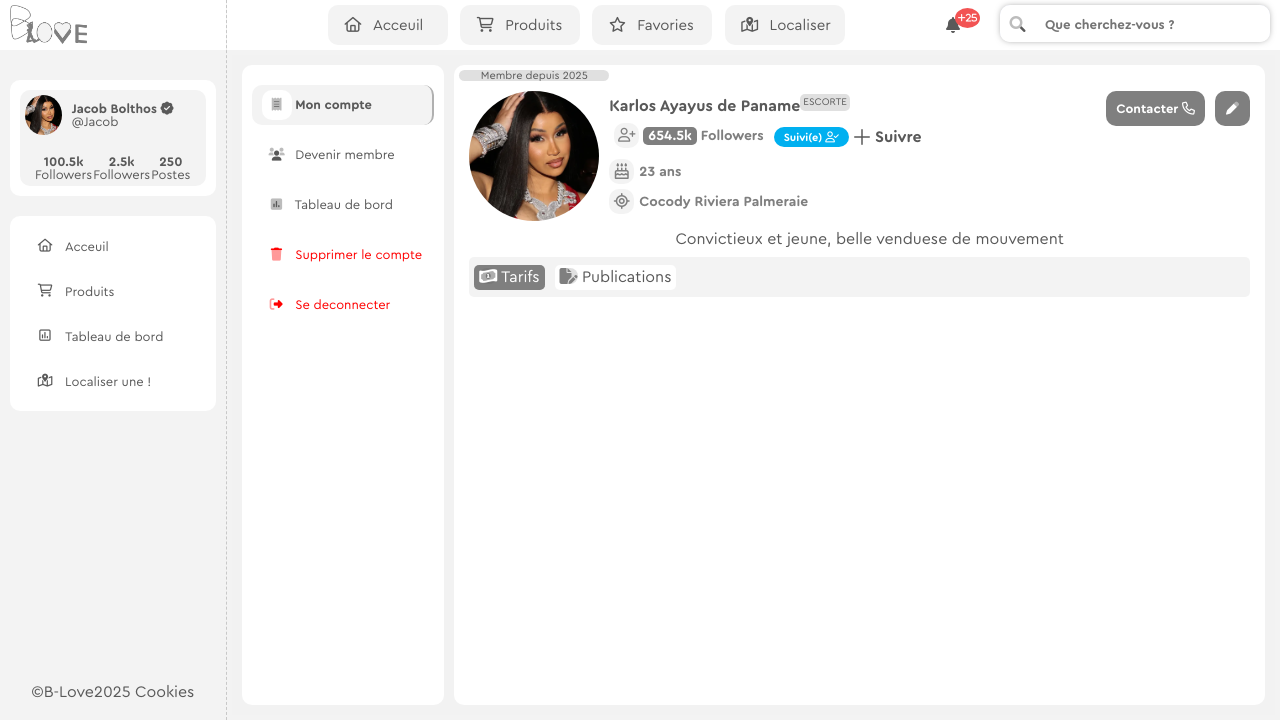
Repository: moomoony-log/b-love
Page: /home/client/compte
These files come from the project's save history. The page is drawn as it stood at one moment and after the next save; the edit follows.
The browser window is 1280 px wide. The pictures show the whole page.
Pictures or frames that could not be fetched are drawn as grey boxes. The project was rebuilt for these pictures with package versions that can differ from the ones it lists, and the page was loaded fresh each time. Also part of the build but not shown: vite.config.ts, src/rules/legacy.tsx, src/rules/privacy.tsx, src/view/auth.tsx, src/view/main/acceuil.tsx, src/view/main/dashbord.tsx, src/view/main/becomeToMember.tsx, src/view/main/product.tsx.

Above is the page before, as saved 2025-10-03 14:06:16.

### index.html
<!--
        ?????????         ?????????        ???????????????????
        ????? ?????     ????? ?????      ??????????   ??????????
        ?????  ?????   ?????  ?????    ????????         ????????
        ?????   ????? ?????   ?????    ??????            ????????
        ?????    ?????????    ?????    ??????            ????????
        ?????      ?????      ?????    ???????          ????????
        ?????                 ?????     ?????????      ????????
        ?????                 ?????        ???????????????????
        ?????                 ?????         ????????????????

    TRAVAIL JUSQU'A CE QU'ON DISE QUE TU ES FRANC-MAÇON
    TRAVAIL JUSQU'A CE QU'ON DISE QUE TU ES FRANC-MAÇON
    TRAVAIL JUSQU'A CE QU'ON DISE QUE TU ES FRANC-MAÇON
-->
<!doctype html>
<html lang="en">
  <head>
    <meta charset="UTF-8">
    <meta name="viewport" content="width=device-width, initial-scale=1.0">
    <meta http-equiv="X-UA-Compatible" content="IE=edge">
    <!-- Inbuilt -->
    <link rel="shortcut icon" href="./img/logoloveb.png" type="image/x-icon">
    <!-- <link rel="stylesheet" href="./vendor/font-awesome-pro/css/all.css">  -->
    <!-- <link rel="stylesheet" href="./css/app.css">  -->
    <title>B!love</title>
  </head>
  <body id="index">
    <div id="main-container"></div>
    <script type="module" src="/src/main.tsx"></script>
  </body>
</html>

### src/main.tsx
import { StrictMode } from 'react'
import { createRoot } from 'react-dom/client'
import App from './app'

createRoot(document.getElementById('main-container')!).render(
  <StrictMode>
    <App />
  </StrictMode>
)

### src/app.tsx

import { createBrowserRouter, RouterProvider } from "react-router-dom";
import Legacy from "./rules/legacy";
import Privacy from "./rules/privacy";
import Main from "./view/main/main";
import Auth from "./view/auth";
import Acceuil from "./view/main/acceuil";
import Dashbord from "./view/main/dashbord";
import "../public/css/app.css"
import "../public/vendor/font-awesome-pro/css/all.css"
import InfoAccount from "./view/main/info-account";
import Account from "./view/main/account";
import BecomeToMember from "./view/main/becomeToMember";
import Product from "./view/main/product";

// import Auth from "./view/auth";

const router =  createBrowserRouter([
	{
		path:'/',
		element:<Auth/>
	},
	{
		path:'/legacy',
		element:<Legacy/>
	},
	{
		path:'/privacy',
		element:<Privacy/>
	},
	{
		path:'/home',
		element:<Main/>,
		children:[
			{
				path:'acceuil',
				element: <Acceuil/>
			},
			{
				path:'dashbord',
				element: <Dashbord/>,
			},
			{
				path: 'product',
				element: <Product/>
			},
			{
				path:'check',
				element: <div>Localisation</div>
			},
			{
				path:'client',
				element: <InfoAccount/>,
				children: [
					{
						path:'compte',
						element: <Account/>
					},
					{
						path:'devenir_membre',
						element: <BecomeToMember/>
					},

				]
			}

		]
	}
])

// --> POINT D'ENTREE DANS L'APP(INDEX --> AUTH)
function App() {
	return <RouterProvider router={router}/>
}

export default App

### src/view/main/info-account.tsx
import { Outlet, useLocation, useNavigate } from "react-router-dom"

//  --> Info Account Component
const InfoAccount = () => {
const navigate = useNavigate()
const location = useLocation()
    return (
        <>
        <div className="cont-account-controler">
            <div className="content-home-btn" data-parent="bar-right">
                <button type="button" className="ui-btn" name=""   data-border {...(location.pathname === '/home/client/compte' ? {'data-active': ''} : {})} onClick={()=> navigate("/home/client/compte")}><i className="fa-duotone fa-solid fa-receipt"></i> <span>Mon compte</span></button>
                <button type="button" className="ui-btn" name=""   data-border {...(location.pathname === '/home/client/devenir_membre' ? {'data-active': ''} : {})} onClick={()=> navigate("/home/client/devenir_membre")} > <i className="fa-duotone fa-users"></i> <span>Devenir membre</span></button>
                <button type="button" className="ui-btn" name=""   data-border> <i className="fa-duotone fa-square-poll-vertical"></i> <span>Tableau de bord</span></button>
                <button type="button" className="ui-btn" name=""  color="red" data-border ><i className="fa-duotone fa-solid fa-trash"></i> <span>Supprimer le compte</span></button>
                <button type="button" className="ui-btn" name=""  color="red" data-border ><i className="fa-duotone fa-solid fa-right-from-bracket"></i> <span>Se deconnecter</span></button>
            </div>
        </div>
        <Outlet/>
        </>
    )
}

export default InfoAccount

### src/view/main/account.tsx
import Button from "../../components/basic/button"

const Account = () => {
    return (
        <>
        <div className="cont-apropos-account cool-scroll-bar" date-member="Membre depuis 2025">
            <div>
                <div className="head-apropos-account">
                    <div className="identification">
                        <div className="cont-account-img" data-name="info-account"><img src="../../img/cardi_b.webp" alt="account-image"/></div>
                        <div className="name">
                            <span className="title-name">Karlos Ayayus de Paname</span>
                            <div className="followers">
                                <div className="item-info">
                                <span className="cont-nb-follo" data-pc><i className="fa-regular fa-user-plus"></i> <span className="size-follower">654.5k</span> Followers</span>
                                <span className="cont-nb-follo" data-mobile><i className="fa-regular fa-user-plus"></i> <span className="size-follower">654.5k</span></span>
                            </div>
                                <Button children={false} to={false} type="button" small="small-2" color="blue"  name="Suivi(e)" icon="fa-regular fa-user-check"/>
                                <i className="fa-regular fa-plus-large"></i>Suivre
                            </div>
                            <div className="item-info">
                                <i className="fa-regular fa-cake-candles"></i>
                                <span>23 ans</span>
                            </div>
                            <div className="item-info">
                                <i className="fa-regular fa-location"></i>
                                <span>Cocody Riviera Palmeraie </span>
                            </div>
                        </div>
                    </div>
                    <div className="content-home-btn">
                        <Button children={false} to={false} type="button" small="small-3" color="gray"  name="Contacter" icon="fa-regular fa-phone"/>
                        <Button children={false} to={false} type="button" small="small-3" color="gray" icon="fa-duotone fa-pen"/>
                    </div>
                </div>
                <div className="infos-personnels" data-name="bio">
                    <span>Convictieux et jeune, belle venduese de mouvement</span>
                </div>
                <div className="remaining">
                    <div className="section-controls">
                        <span className="info-title" data-active><i className="fa-duotone fa-money-bill-1-wave"></i> Tarifs</span>
                        <span className="info-title"><i className="fa-solid fa-file-pen"></i> Publications</span>
                    </div>
                    <div className="section-list">
                        <div className="infos-personnels" data-name="tarif" data-_active>
                            <div className="tarifs">
                                <div className="item-info">
                                    <div className="services">
                                        <i className="fa-solid fa-bed-front"></i>
                                        <span>Session courte</span>
                                    </div>
                                    <div className="plus">
                                        <span><i className="fa-regular fa-badge-check"></i> 1 Coup ou 2 Coups</span>
                                        <span><i className="fa-regular fa-badge-check"></i> Pipe</span>
                                        <span><i className="fa-regular fa-badge-check"></i> Reception ou déplacement</span>
                                        <span><i className="fa-regular fa-badge-check"></i> Proprété garantie</span>
                                    </div>
                                    <span>365 000 F</span>
                                </div>

                                <div className="item-info">
                                    <div className="services">
                                        <i className="fa-solid fa-calendar-week"></i>
                                        <span>Weekend</span>
                                    </div>
                                    <div className="plus">
                                        <span><i className="fa-regular fa-badge-check"></i> Durée : 24H ou 48H</span>
                                        <span><i className="fa-regular fa-badge-check"></i> Massage érotique</span>
                                        <span><i className="fa-regular fa-badge-check"></i> Compagnie & Sortie</span>
                                        <span><i className="fa-regular fa-badge-check"></i> Reception ou déplacement</span>
                                        <span><i className="fa-regular fa-badge-check"></i> Sexe intence</span>
                                    </div>
                                    <span>365 000 F</span>
                                </div>
                                <div className="item-info" >
                                    <div className="services">
                                        <i className="fa-solid fa-bed-pulse"></i>
                                        <span>Dormant</span>
                                    </div>
                                    <div className="plus">
                                        <span><i className="fa-regular fa-badge-check"></i> Durée : 12H</span>
                                        <span><i className="fa-regular fa-badge-check"></i> Nuit intence</span>
                                        <span><i className="fa-regular fa-badge-check"></i> Reception ou déplacement</span>
                                    </div>
                                    <span>365 000 F</span>
                                </div>
                            </div>
                        </div>
                        <div className="infos-personnels" data-name="pub" data-_active>
                            <div className="container-my-pub">
                                <div className="item-pub" data-vue="10M">
                                    <img src="../img/cardi_b.webp" alt="account-image"/>
                                </div>
                                <div className="item-pub" data-vue="1.2M">
                                    <img src="../img/cardi_b.webp" alt="account-image"/>
                                </div>
                                <div className="item-pub" data-vue="18k">
                                    <img src="../img/cardi_b.webp" alt="account-image"/>
                                </div>
                                <div className="item-pub" data-vue="6.5K">
                                    <img src="../img/cardi_b.webp" alt="account-image"/>
                                </div>
                                <div className="item-pub" data-vue="655">
                                    <img src="../img/cardi_b.webp" alt="account-image"/>
                                </div>
                                <div className="item-pub" data-vue="352">
                                    <img src="../img/cardi_b.webp" alt="account-image"/>
                                </div>
                                <div className="item-pub" data-vue="145">
                                    <img src="../img/cardi_b.webp" alt="account-image"/>
                                </div>
                                <div className="item-pub" data-vue="1k">
                                    <img src="../img/cardi_b.webp" alt="account-image"/>
                                </div>
                                <div className="item-pub"data-vue="650k" >
                                    <img src="../img/cardi_b.webp" alt="account-image"/>
                                </div>
                                <div className="item-pub" data-vue="250k">
                                    <img src="../img/cardi_b.webp" alt="account-image"/>
                                </div>
                                <div className="item-pub" data-vue="65">
                                    <video src="../videos/Standard_Mode_Le_b_b__sirote_son_champagne_en_.mp4" ></video>
                                </div>
                            </div>
                        </div>
                    </div>
                </div>
            </div>
        </div>
        </>
    )
}

export default Account

### src/components/basic/button.tsx
// --> BUTTON COMPONENTS

import { forwardRef } from "react"
import { NavLink, useLocation } from "react-router-dom";

interface buttonProps {
    type: 'submit' | 'button',
    name?: string,
    icon?:string,
    color?: string,
    outline?: string,
    small?: 'small' | 'small-1' | 'small-2' | 'small-3',
    navigate?: string,
    children: boolean,
    border?: boolean,
    to: string | false,
    inner?:string,
    disable?:boolean,
    onclick?: () => unknown
}

const Button = forwardRef<HTMLButtonElement, buttonProps>(
  ({ name, icon, color, outline, small, navigate, inner, disable, children,border, to, onclick }, ref) => {
    const location = useLocation()
    return (
      <button
        ref={ref}
        type="button"
        className="ui-btn"
        name={name}
        color={color}
        {...(outline ? { "data-outline": "" } : {})}
        {...(disable ? { disabled: true } : {})}
        {...(navigate ? { "data-navigate": "" } : {})}
        {...(inner ? { "data-inner": "" } : {})}
        {...(small ? { "data-size" : small} : {})}
        {...(border ? { "data-border": "" } : {})}
        {...(to && location.pathname === to ? { "data-active": "" } : {})}
        onClick={onclick}
      >
        { (!children && !to ) && name } { icon && (!children && !to ) && <i className={icon}></i> }

        { (children && to) && <NavLink to={to}>  <i className={icon}></i>  {name} </NavLink> }

      </button>
    );
  }
);

export default Button

### public/css/config/config.css
/* Style global de configuration */

/* Police d'ecriture */
/* Cera */
@font-face{
    font-family: 'Cera';
    src: url('../../font/cera-round-pro/CeraRoundPro-Bold.otf');
    font-weight: bold;
}
@font-face {
    font-family: 'Cera';
    src: url('../../font/cera-round-pro/CeraRoundPro-Regular.otf');
    font-weight: normal;
}

/* body{
    display: flex !important;
    padding: 5px;
    height: 100%;
    width: 100%;
    position: absolute;
    top: 0;
    left: 0;
    overflow: hidden;
} */
body *{
    box-sizing: border-box;
    font-family: 'Cera', sans-serif;
    font-weight: bold;
}

button:focus, input:focus, textarea:focus, select:focus {
    outline: none;
}

button {
    cursor: pointer;
    border: none;
}

h1, h2, h3, h4, h5, p {
    color: inherit;
    margin: 0;
    padding: 0;
    text-decoration: inherit;
}

img{
    height: inherit;
    max-width: 100%;
}

### public/css/component/components.css
 /* Imporation des dependances */
 @import url('input.css');
 @import url('button.css');
 @import url('img.css');
 @import url('notification.css');
 @import url('loader.css');
 @import url('table.css');
 @import url('./modals/modal.css');

 @keyframes text{
    0%{
        transform: translateX(100%);
    }
    100%{
        transform: translateX(-100%);
    }
 }

### public/css/views.css
/* --> Css relative à toutes les vues communes  */
@import url('views/auth.css');
@import url('views/legacy.css');
@import url('views/privacy.css');

### public/css/animation.css
@keyframes reotateInner {
    from {
       transform: rotate(0);
    }
    to{
       transform: rotate(180deg);
    }
 }
 @keyframes Online {
    0%, 100% {
       transform: scale(1.5);
       opacity: 1;

    }
    50% {
       transform: scale(0.5);
       /* opacity: 0.5; */
    }
 }
  @keyframes Online2 {
    0%, 100% {
       opacity: 1;

    }
    50% {
       opacity: 0.5;
    }
 }
 @keyframes spin {
   0%{
      transform: rotate(0deg);
   }
   100%{
      transform: rotate(360deg);
   }

 }
  @keyframes opa {
   0%{
      opacity: .4;
   }
   100%{
      opacity: 1;
   }

 }

### public/css/utils/utils.css
@import url('variable.css');
@import url('helper.css');

### public/css/utils/variable.css
/* Variables */
:root{
    --color-white: #ffffff;
    --color-gray-soft: #F6F8FA;
    --color-gray-medium: #b0b0b0;
    --color-gray-hard: #595959;
    --color-gray-hard-1: #7f7f7f;
    /* --color-gray-hard-3: #d4d2d246; */
    --color-gray-hard-3: #f2f2f2e7;
    --color-gray-hard-5: #f2f2f2;
    --color-gray-hard-4: #5959592f;
    --color-blue-lite: #dbf5ff;
    --color-blue-soft: #00B0F0;
    --color-blue-soft-2: #9ab9dc;
    --color-blue-hard: #2A6EBB;
    --color-green-lite: #aefecf;
    --color-green-lite-2: #80d6a4;
    --color-green-hard: #41cf7c;
    --color-red-lite: #ffcdcd;
    --color-red-soft: #f58e8e;
    --color-red-hard: #f25353;
    --shadow-one: 0 0 5px #eee;
    --shadow-two: 0 0 5px #84b1c3;
    --shadow-3: 0 0 4px #bababa;
    --bezier-1: cubic-bezier(0.68, -0.55, 0.27, 1.55);
}

### public/css/views/legacy.css
.legacy {
    z-index: 10;
    height: 100%;
    padding: 20px;
    overflow: auto;
}
.legacy p{
    font-size: 40px;
}

### public/css/utils/helper.css
/* cool-scroll-bar */
.cool-scroll-bar::-webkit-scrollbar{
    width: 3px;
    height: 3px;
    border-radius: 50px !important;
    background-color: var(--color-gray-soft);
    box-shadow: 0 0 5px var(--color-gray-soft);
}
.cool-scroll-bar::-webkit-scrollbar-thumb{
    background-color: var(--color-gray-medium);
    border-radius: 50px !important;
}

### public/css/views/privacy.css
.privacy {
    z-index: 10;
    height: 100%;
    padding: 20px;
    overflow: auto;
}
.privacy p{
    font-size: 40px;
}

### public/css/component/loader.css

/* CSS DU COMPOSANT DE CHRAGEMENT */
#loader{
    position: absolute;
    display: flex;
    flex-direction: column;
    width: 100%;
    gap: 10px;
    height: 100%;background-color: rgba(255, 255, 255, 0.744);
    justify-content: center;
    align-items: center;
    z-index: 1000;
}

#loader .spinner{
    height: 60px;
    width: 60px;
    display: flex;
    justify-content: center;
    align-items: center;
    position: relative;
    animation: spin 2s linear infinite;
}
#loader .spinner::before{
    content: '';
    height: 100%;
    width: 100%;
    position: absolute;
    border-radius: 50%;
    border: solid 4px var(--color-gray-hard-3);
}
#loader .spinner::after{
    content: '';
    height: 100%;
    width: 100%;
    position: absolute;
    border-radius: 50%;
    border: solid 4px transparent;
    border-left-color:var(--color-gray-hard-1);
    animation: spin 0.8s linear infinite, opa 0.8s ease-in-out infinite alternate-reverse;
}
#loader img{
    width: 95px;
    height: 50px;
}
#loader i{
    font-size: 20px;
}
#loader .i{
   background-color: var(--color-gray-hard-);
   padding: 7px;
   display: flex;
   align-items: center;
   justify-content: center;
   border-radius: 5px;
}

### public/css/component/table.css
.infos-personnels[data-name="statut"] .availability table{
    border-collapse: collapse;
    width: 100%;
    background-color: var(--color-white);
    text-align: center;
    font-size: 13px;
}
.availability table th,
.availability table td{
    height: 40px;
    padding: 3px;
}
.availability table td:last-child{
    text-align: right;
}
.availability table tbody tr:hover{
    background-color: var(--color-gray-hard-3);
}

.cont-my-post table{
    width: 100%;
    border-spacing: 0 5px;
    background-color: var(--color-white);
    text-align: center;
    padding: 5px;
    border-radius: 5px;
}
.cont-my-post table tbody td:last-child button{
    background-color: white;
    margin-left: 5px;
}
.cont-my-post table tbody tr:hover td{
    background-color: var(--color-white);
}
.cont-my-post table tbody tr:hover td:last-child button{
    background-color: var(--color-gray-hard-3);
}

.cont-my-post table tbody td{
    padding: 5px;
    background-color: var(--color-gray-hard-3);
    font-weight: lighter;
    margin: 10px;
}
.cont-my-post table tbody td:last-child{
    text-align: right;
}


@media (max-width: 855px) {
    .cont-my-post table{
        font-size: 12px;
    }
    .cont-my-post table tbody td:last-child{
        display: flex;
        flex-direction: column;
        margin: 0;
        gap: 5px;
    }
}

@media (max-width: 355px) {
    .cont-my-post table tbody td:last-child{
        font-size: 11px;
    }
}

### public/css/component/modals/publication.css
.modal[name="publication"] .box .body{
   display: flex;
   background-color: var(--color-white);
}

### public/css/component/modals/confirm.css
.modal[name="confirm"] .box .body{
   display: flex;
   background-color: var(--color-white);
   display: flex;
   flex-direction: column;
   justify-content: center;
   align-items: center;
   position: relative;
}
.modal[name="confirm"] .box .body::after{
    content: '';
    height: 100%;
    width: 100%;
    border-radius: 10px;
    position: absolute;
    animation: Online2 1s ease-in-out infinite;
}
.modal[name="confirm"] .box .body .icon{
    height: 75px;
    width: 75px;
    font-size: 50px;
    line-height: 75px;
    text-align: center;
    border-radius: 10px;
    margin-bottom: 5px;
}
.modal[name="confirm"] .box .body .title{
    font-size: 20px;
    margin-bottom: 20px;
}
.modal[name="confirm"] .box .body .confirm-text{
    font-weight: lighter;
}

.modal[name="confirm"] .box .body[type="exit"]::after{
    background-color: rgba(255, 17, 17, 0.066);
}
.modal[name="confirm"] .box .body[type="exit"] .icon{
    box-shadow: 0 0 7px -4px var(--color-red-hard);
    background-color: var(--color-red-lite);
    color: var(--color-red-soft);
}
.modal[name="confirm"] .box .body[type="exit"] .title{
    color: var(--color-red-soft);
}

.modal[name="confirm"] .box .body[type="good"]::after{
    background-color: rgba(17, 184, 255, 0.077);
}
.modal[name="confirm"] .box .body[type="good"] .icon{
    box-shadow: 0 0 7px -4px var(--color-blue-hard);
    background-color: var(--color-blue-lite);
    color: var(--color-blue-soft);
}
.modal[name="confirm"] .box .body[type="good"] .title{
    color: var(--color-blue-soft);
}

### src/utils/utils.ts
class Utils {

    static emailValidation(email: string) : boolean {
        const emailRegex :RegExp = /^[^\s@]+@[^\s@]+\.[^\s@]+$/
        return emailRegex.test(email)
    }

    static inputValue(value: string, minLenght: number) : boolean {
        const inputRegex :RegExp = /^[A-Za-zÀ-ÖØ-öø-ÿ\s]+$/

        if (value.length > minLenght && inputRegex.test(value)) return inputRegex.test(value)
        else return false
    }

    static passwordValidation = (value: string):boolean => {
        const passwordRegex: RegExp = /^(?=.*?[A-Z])(?=.*?[a-z])(?=.*?[0-9])(?=.*?[#?!@$%^&*-]).{8,}$/g
        if (passwordRegex.test(value)) return true
        else return false
    }

    static otpValidation = (value: string):boolean => {
        const otpRegex : RegExp = /^[0-9]+$/gm
        if(otpRegex.test(value) && value.length === 1) return true
        else return false
    }

}

export default Utils

Loaded but not shown: public/vendor/font-awesome-pro/css/all.css (library); public/css/app.css (2284 lines, source omitted); src/view/main/main.tsx (179 lines, source omitted); src/components/basic/input.tsx (178 lines, source omitted); public/css/views/auth.css (265 lines, source omitted); public/css/component/input.css (225 lines, source omitted); public/css/component/button.css (208 lines, source omitted); public/css/component/notification.css (126 lines, source omitted); public/css/component/img.css (128 lines, source omitted); public/css/component/modals/modal.css (79 lines, source omitted)

After the next save:
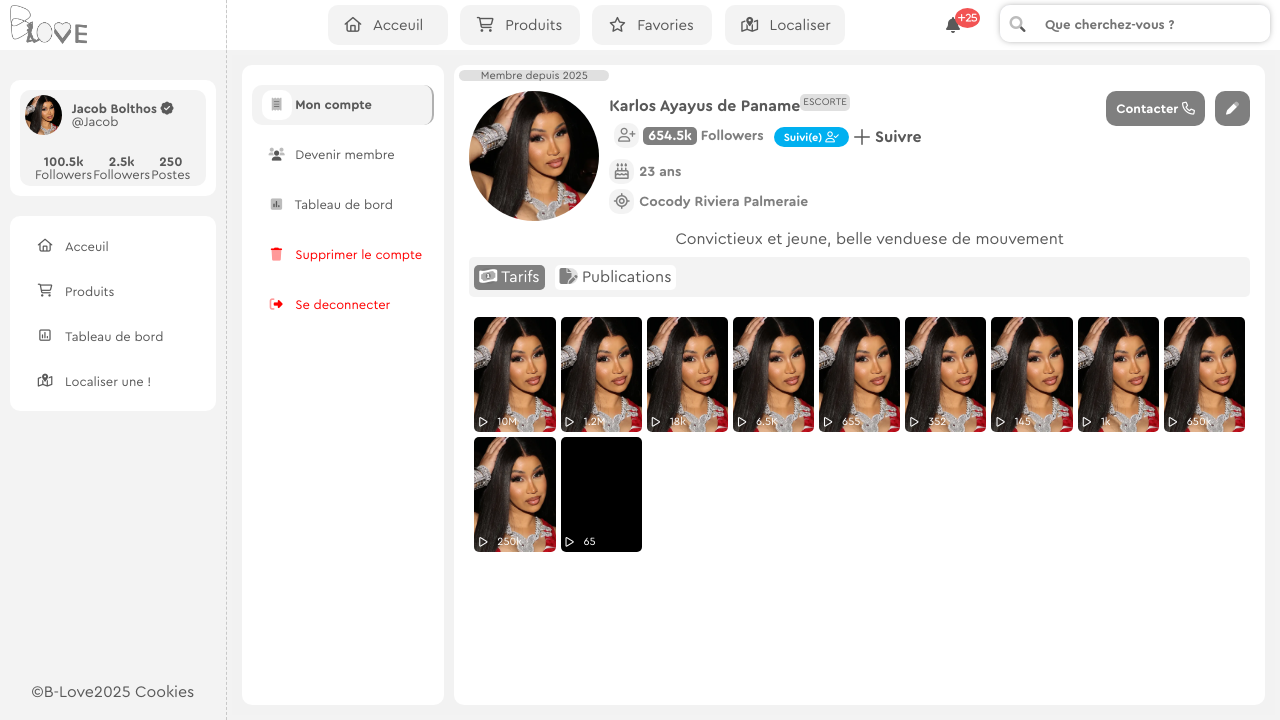
Saved 70 s later.
--- a/src/view/main/account.tsx
+++ b/src/view/main/account.tsx
@@ -86,7 +86,7 @@ const Account = () => {
                                 </div>
                             </div>
                         </div>
-                        <div className="infos-personnels" data-name="pub" data-_active>
+                        <div className="infos-personnels" data-name="pub" data-active>
                             <div className="container-my-pub">
                                 <div className="item-pub" data-vue="10M">
                                     <img src="../img/cardi_b.webp" alt="account-image"/>
